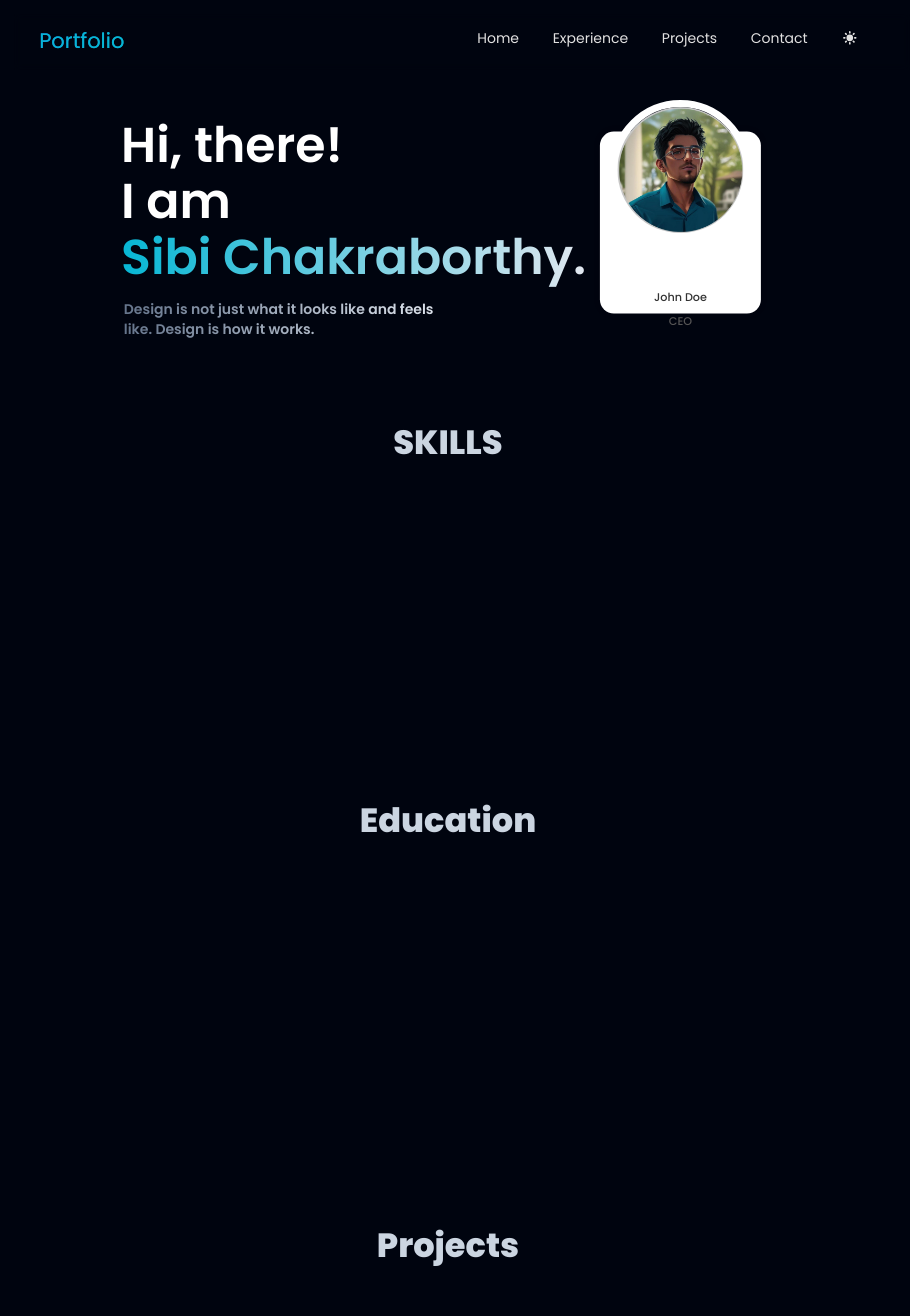
Repository: sibi24sibi/MyPersonalPortfolio
Page: /
An editor plug-in stored every save of this project. The page is shown before and after the next save, followed by the edit.
The browser window is 1280 px wide. The page is 1300 px wide, so the pictures cover 1300 px, including what lies to the right of the window. The pictures show the part of the page from y = 0 to 1880 px (the page is 3414 px tall), at 70% of full size.
The pointer rests on the first visible `.team-member`.
The project was rebuilt for these pictures with package versions that can differ from the ones it lists, and the page was loaded fresh each time. Also part of the build but not shown: vite.config.js, src/components/Menu.jsx, src/components/Footer.jsx.

Above is the page before, as saved 2024-05-03 17:55:31.

After the next save:
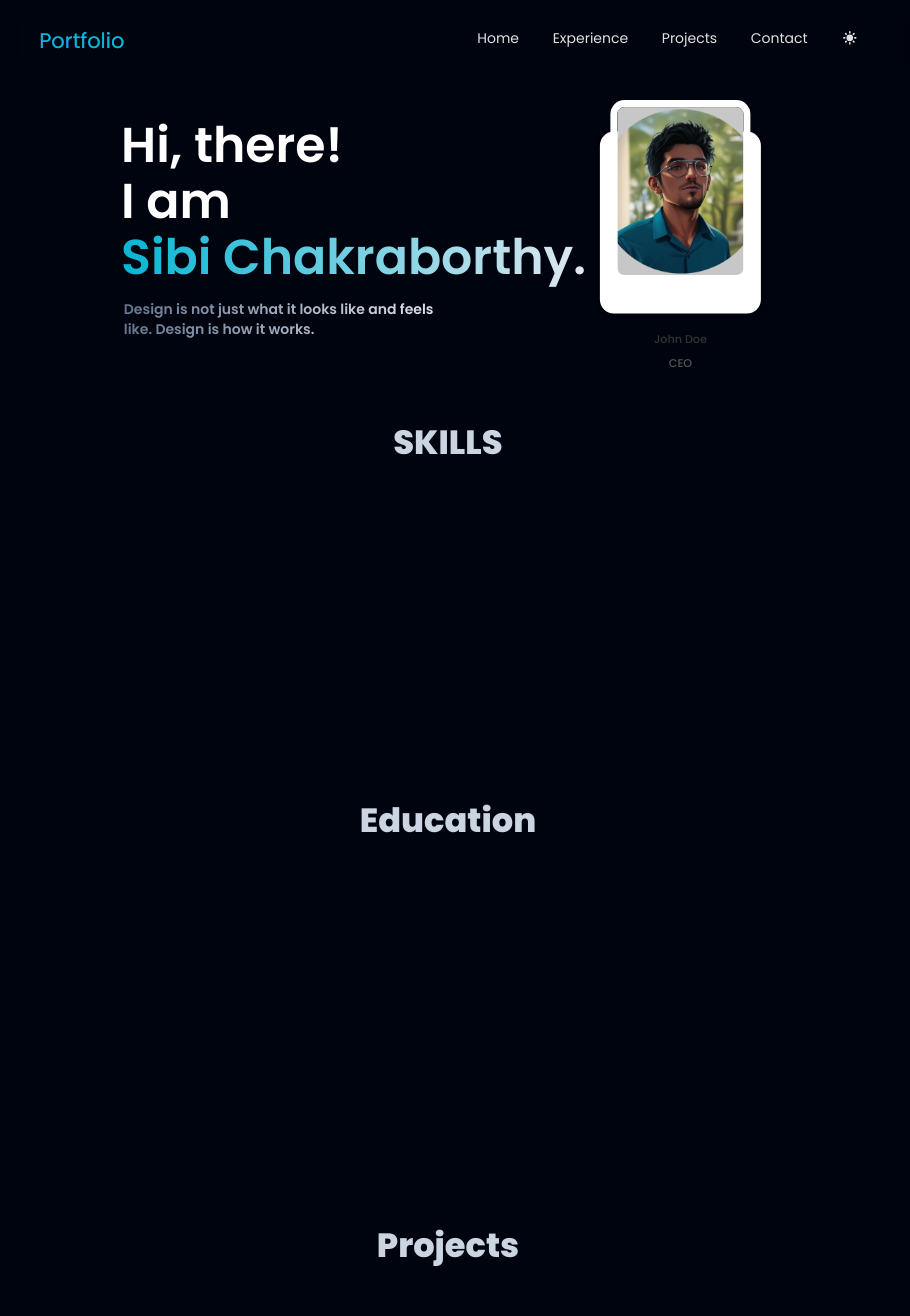
Saved 58 s later.
--- a/src/components/about-style.css
+++ b/src/components/about-style.css
@@ -8,6 +8,9 @@
 }
 .team-member:hover img{
     transform:translateY(-60px);
+    border-radius: 20px;
+    height: 260px;
+    background-color: #fff;
 }
 
 .team-member:hover {

After the save that followed:
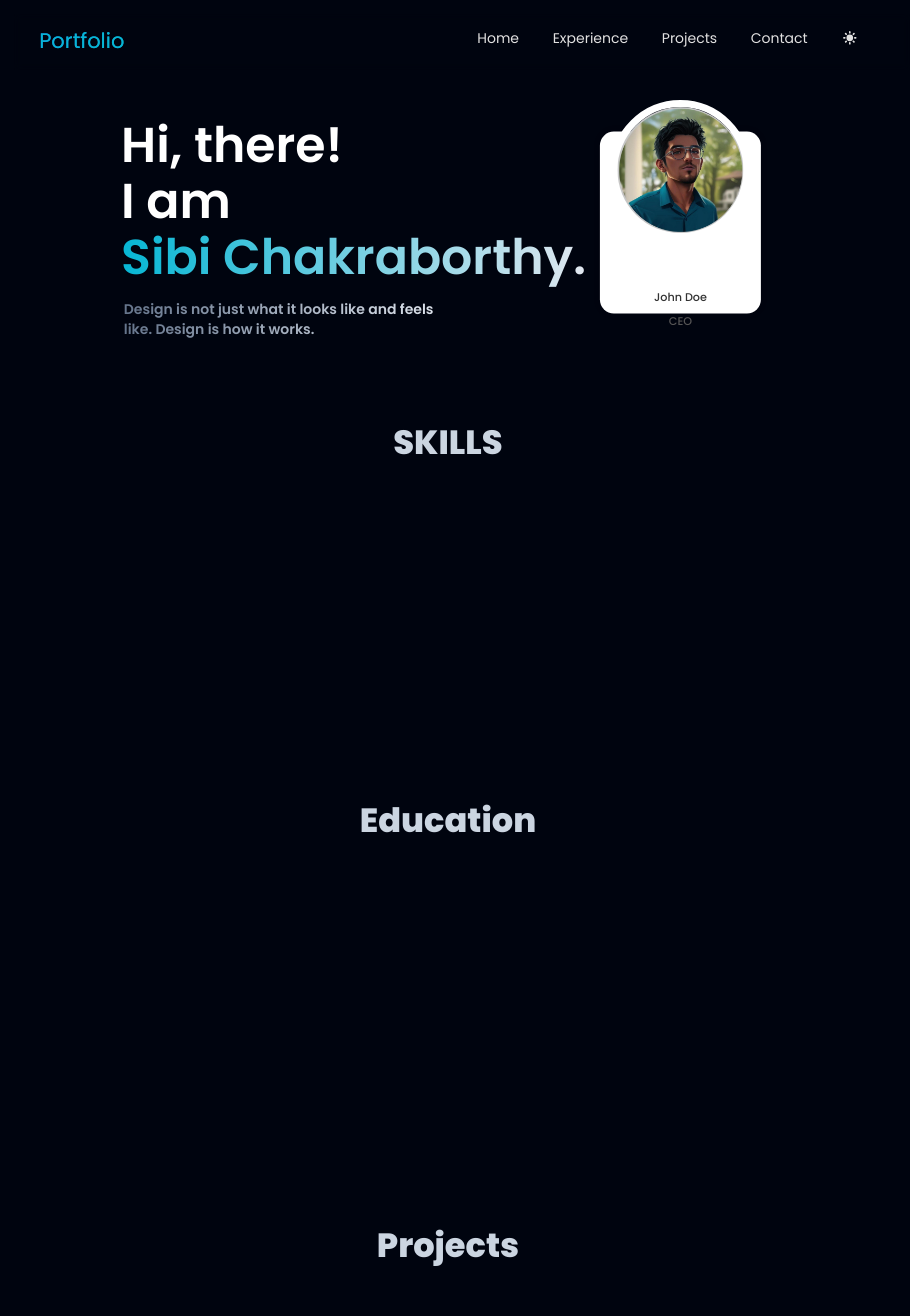
Saved 8 s later.
--- a/src/components/about-style.css
+++ b/src/components/about-style.css
@@ -8,9 +8,7 @@
 }
 .team-member:hover img{
     transform:translateY(-60px);
-    border-radius: 20px;
-    height: 260px;
-    background-color: #fff;
+
 }
 
 .team-member:hover {
